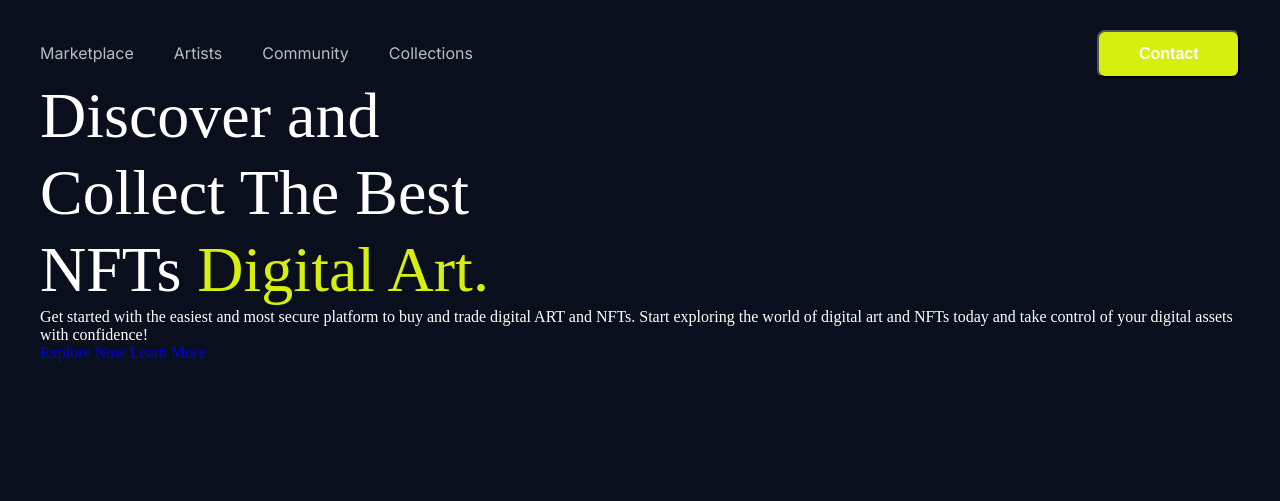
Repository: Kamron5505/NftMarketplace
Page: index.html
The author's editor kept a copy of each file at every save. The page is drawn from the files as they stood at one save, then again after a run of saves.
The browser window is 1280 px wide. The pictures show the whole page.
Some web fonts or font styles are not loaded; a fallback is used.

Above is the page before, as saved 2025-07-07 23:26:43.

### index.html
<!DOCTYPE html>
<html lang="en">

<head>
    <meta charset="UTF-8">
    <meta name="viewport" content="width=device-width, initial-scale=1.0">
    <title>NFTMarketplace Landing</title>
    <link rel="stylesheet" href="./style.css">
    <link
        href="https://fonts.googleapis.com/css2?family=Inter:wght@400;600;700&family=Source+Sans+Pro:wght@400;600;700&display=swap"
        rel="stylesheet">
</head>

<body>
    <header class="header">
        <div class="container">
            <nav class="nav">
                <ul class="nav-list">
                    <li class="nav-item"><a href="#" class="nav-link">Marketplace</a></li>
                    <li class="nav-item"><a href="#" class="nav-link">Artists</a></li>
                    <li class="nav-item"><a href="#" class="nav-link">Community</a></li>
                    <li class="nav-item"><a href="#" class="nav-link">Collections</a></li>
                </ul>
                <button class="header-contact-btn">Contact</button>
            </nav>
        </div>
    </header>
    <main class="main">
        <section class="nft-section">
            <div class="container">
                <div class="nft-wrapper">
                    <div class="content-left">
                        <h1 class="title">
                            Discover and <br>
                            Collect The Best <br>
                            NFTs <span class="highlight"> Digital Art.</span>
                        </h1>

                        <p class="description">
                            Get started with the easiest and most secure platform to buy and trade digital ART and NFTs.
                            Start exploring the world of digital art and NFTs today and take control of your digital
                            assets with confidence!
                        </p>

                        <div class="buttons">
                            <a href="#" class="btn btn-primary">Explore Now</a>
                            <a href="#" class="btn btn-secondary">Learn More</a>
                        </div>

                        <!-- <div class="stats">
                            <div class="stat">
                                <div class="number">8.9K</div>
                                <div class="label">Art work</div>
                            </div>
                            <div class="stat">
                                <div class="number">65K</div>
                                <div class="label">Artist</div>
                            </div>
                            <div class="stat">
                                <div class="number">87K</div>
                                <div class="label">Collection</div>
                            </div>
                        </div>
                    </div> -->

                    <!-- <div class="content-right">
                        <div class="card">
                            <img src="nft-image.jpg" alt="NFT Image" class="card-image">
                            <div class="card-info">
                                <div class="card-timer">
                                    <span>Ends in</span>
                                    <span class="time">05:45:47</span>
                                </div>
                                <div class="card-bid">
                                    <span>Current bid</span>
                                    <span class="eth">0.24 ETH</span>
                                </div>
                                <a href="#" class="btn btn-bid">Place A Bid</a>
                            </div>
                        </div>
                    </div> -->

                </div>
            </div>
        </section>
    </main>
</body>

</html>

### style.css
@font-face {
    font-family: 'Canela';
    src: url('../fonts/Canela-Bold.woff2') format('woff2');
    font-weight: bold;
    font-style: normal;
}

* {
    margin: 0;
    padding: 0;
    text-decoration: none;
    list-style: none;
    box-sizing: border-box;
}

body {
    background: #090f1d;
    color: #fffffd;
}

:root {
    --font-family: "Inter", sans-serif;
    --second-family: "Source Sans Pro", sans-serif;
    --third-family: "Canela", sans-serif;
}

h1,
h2,
h3,
h4,
h5,
h6 {
    font-family: 'Canela', serif;
    font-weight: bold;
    font-weight: 500;
    font-size: 64px;
    line-height: 120%;
    color: #fffffd;
}

:root {
    --font-family: "Inter", sans-serif;
    --second-family: "Source Sans Pro", sans-serif;
    --third-family: "Canela", sans-serif;
}

.highlight {
    color: #d6ef0e;
}

.header {
    margin-top: 30px;
    font-family: "Inter", sans-serif;
}

.container {
    width: 1200px;
    margin: 0 auto;
}

.nav {
    display: flex;
    align-items: center;
    justify-content: space-between;
}

.nav-list {
    display: flex;
    gap: 40px;
}


.nav-link {
    font-weight: 400;
    font-size: 16px;
    line-height: 160%;
    color: rgba(255, 255, 253, 0.72);
}

.nav-link:hover {
    border-bottom: 1px solid #d6ef0e;
    width: 94px;
    height: 26px;
    transition: all 0.3s ease;
}

.header-contact-btn {
    background: #d6ef0e;
    border-radius: 8px;
    padding: 12px 40px;
    width: 143px;
    height: 48px;
    font-weight: 700;
    font-size: 16px;
    line-height: 120%;
    color: #fff;
}



.nft-section {}

.container {}

.nft-wrapper {}

.content-left {}

.title {}

.highlight {}

.description {}

.buttons {}

.btn {}

.btn-primary {}

.btn-secondary {}

After the next 3 saves:
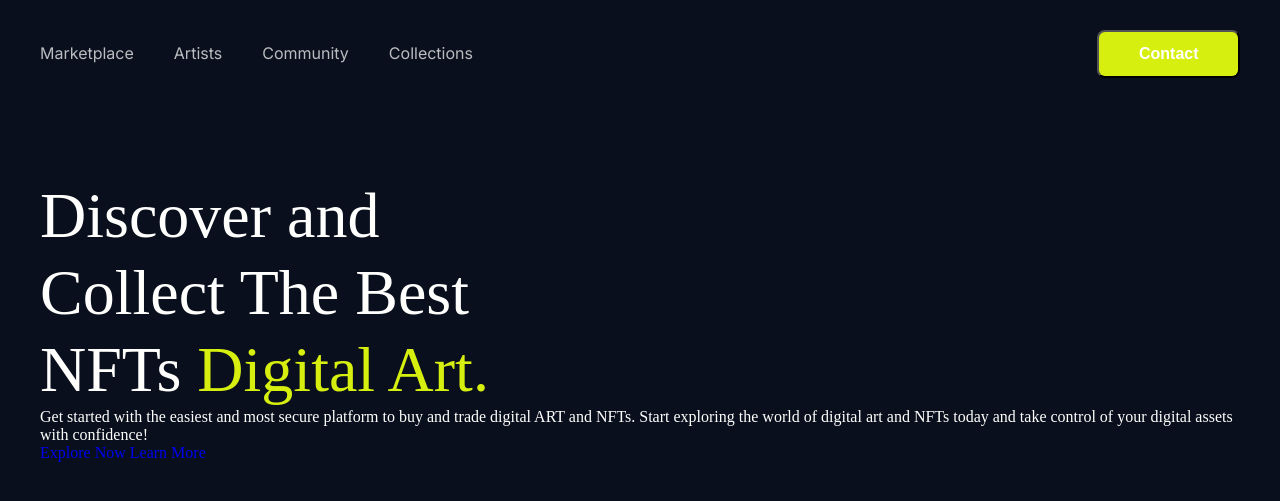
The 3 saves are shown as one change because they came seconds apart.
The last was saved 9 s later.
--- a/style.css
+++ b/style.css
@@ -98,9 +98,10 @@ h6 {
 
 
 
-.nft-section {}
+.nft-section {
+    margin-top: 100px;
+}
 
-.container {}
 
 .nft-wrapper {}
 
